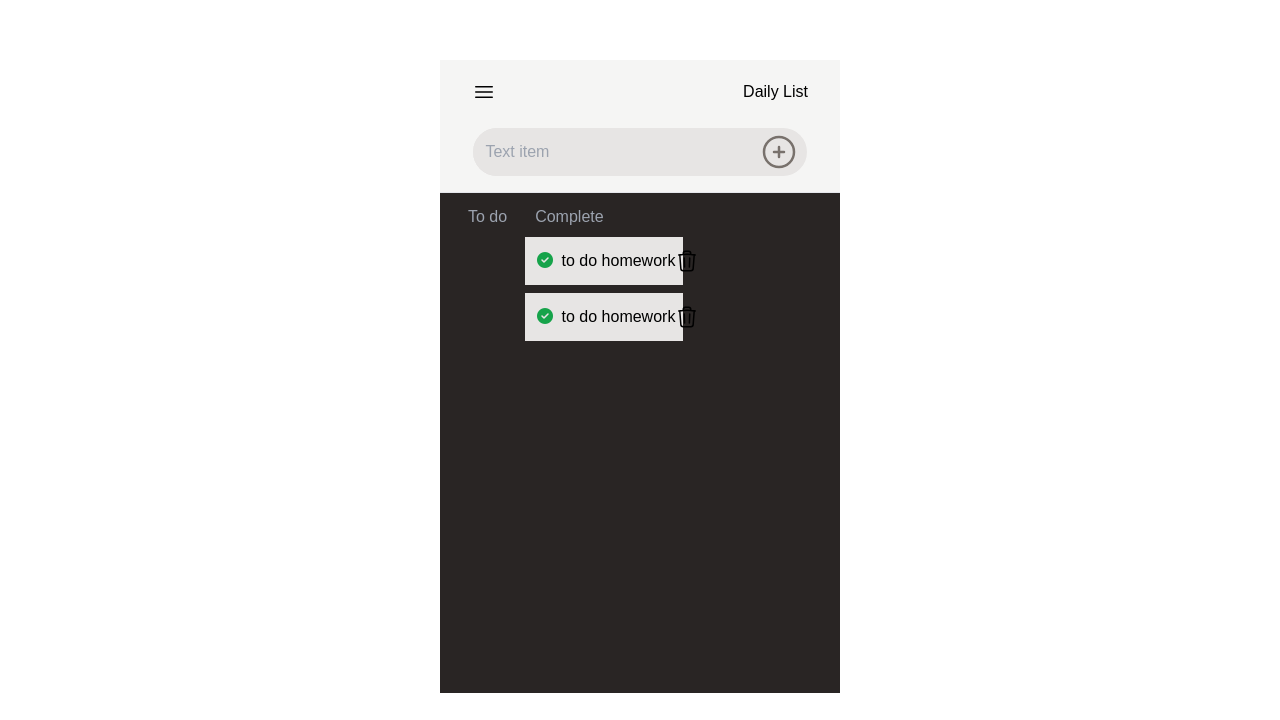
Repository: hsumyatm7308/TodolistbyPHP
Page: http://localhost/
The author's editor kept a copy of each file at every save. The page is drawn from the files as they stood at one save, then again after a run of saves.
The browser window is 1280 px wide. The pictures show the whole page.
Some web libraries are served in a nearby version. The page is run by PHP 8.4 with error messages shown; the project is at /var/www/html/. Queries for data that is not in the repository find no rows.

Above is the page before, as saved 2023-07-09 22:33:09.

### index.php
<!DOCTYPE html>
<html lang="en">

<head>
    <meta charset="UTF-8">
    <meta name="viewport" content="width=device-width, initial-scale=1.0">
    <title>To Do List</title>
    <link rel="stylesheet" href="https://cdnjs.cloudflare.com/ajax/libs/font-awesome/6.4.0/css/all.min.css">
    <script src="https://cdn.tailwindcss.com"></script>

    <style>
        * {
            font-family: sans-serif;
        }
    </style>

</head>

<body>
    <div class="w-screen h-screen container flex justify-center items-center">
        <div class="w-[400px] h-[600px] bg-stone-100">
            <!-- header nav  -->
            <div class="w-full h-14 flex justify-between items-center p-8">
                <div>
                    <svg xmlns="http://www.w3.org/2000/svg" fill="none" viewBox="0 0 24 24" stroke-width="1.5"
                        stroke="currentColor" class="w-6 h-6">
                        <path stroke-linecap="round" stroke-linejoin="round"
                            d="M3.75 6.75h16.5M3.75 12h16.5m-16.5 5.25h16.5" />
                    </svg>

                </div>
                <div>
                    <h4> Daily List</h4>
                </div>
            </div>

            <?php

            include("create.php");

            ?>

            <div class="w-full h-[500px] bg-stone-800 flex whitespace-nowrap  overflow-y-scroll scrollbar-hide">

                <?php

                include("updatetodo.php");
                include("complete.php");

                ?>
            </div>







        </div>
    </div>
</body>

</html>

### create.php
<?php
session_start();
ini_set('display_errors', 1);

require_once("database.php");

if ($_SERVER['REQUEST_METHOD'] === 'POST') {
    global $conn;

    $getdata = $_POST['textbox'];


    try {
        $stmt = $conn->prepare("INSERT INTO todolist (task) VALUES ( :task)");


        $task = $getdata;


        $stmt->bindParam(':task', $task);

        $stmt->execute();
    } catch (Exception $e) {
        echo "Error Found: " . $e->getMessage();
    }
}


?>





<!-- to do form  -->
<form action="" method="post" enctype="multipart/form-data">


    <div class="w-full h-auto flex justify-center items-center p-1">
        <div class="w-[85%] h-auto bg-stone-200 flex justify-between items-center rounded-3xl">
            <input type="text" name="textbox"
                class="w-[85%] bg-stone-200 rounded-tl-3xl rounded-bl-3xl p-3 focus:outline-none"
                placeholder="Text item">

            <button type="submit" name="submit" class="">
                <svg xmlns="http://www.w3.org/2000/svg" fill="none" viewBox="0 0 24 24" stroke-width="1.5"
                    stroke="currentColor" class="w-10 h-10 mr-2 text-stone-500 hover:text-stone-600">
                    <path stroke-linecap="round" stroke-linejoin="round"
                        d="M12 9v6m3-3H9m12 0a9 9 0 11-18 0 9 9 0 0118 0z" />
                </svg>
            </button>
        </div>

    </div>
    <hr class="mt-3">
</form>

### database.php
<?php

$dbhost = 'localhost';
$dbuser = 'root';
$dbpass = '';
$dbname = 'hmmdb';


try{

    $conn = new PDO("mysql:host=$dbhost;dbname=$dbname", $dbuser, $dbpass);
    $conn->setAttribute(PDO::ATTR_ERRMODE, PDO::ERRMODE_EXCEPTION);

    // echo "Connection successful";


}catch(Exception $e){
    "Error Found:".$e->getMessage();
}




?>

### updatetodo.php
<?php

// session_start();
ini_set('display_errors', 1);

require_once("database.php");
require_once("create.php");

try {

    global $conn;

    $stmt = $conn->prepare("SELECT id,task FROM todolist");
    $stmt->execute();



} catch (Exception $e) {
    "Found Error : " . $e->getMessage();
}

?>








<!-- update to do  -->
<form action="" method="post" class="mt-3" enctype="multipart/form-data">
    <h3 class="text-gray-400 ml-7 mb-1">To do</h3>


    <?php while ($row = $stmt->fetch()): ?>

        <div name="taskitems" class="w-full h-auto flex justify-center items-center p-1">


            <div class="w-[85%] h-auto bg-stone-200 flex justify-between items-center p-3">
                <span>
                    <i class="fa-regular fa-circle-check"></i>
                    <span class="ml-1">
                        <?php echo $row['task'] ?>
                    </span>
                </span>

                <div>
                    <svg xmlns="http://www.w3.org/2000/svg" fill="none" viewBox="0 0 24 24" stroke-width="1.5"
                        stroke="currentColor" class="w-6 h-6">
                        <path stroke-linecap="round" stroke-linejoin="round"
                            d="M16.862 4.487l1.687-1.688a1.875 1.875 0 112.652 2.652L10.582 16.07a4.5 4.5 0 01-1.897 1.13L6 18l.8-2.685a4.5 4.5 0 011.13-1.897l8.932-8.931zm0 0L19.5 7.125M18 14v4.75A2.25 2.25 0 0115.75 21H5.25A2.25 2.25 0 013 18.75V8.25A2.25 2.25 0 015.25 6H10" />
                    </svg>
                </div>
            </div>



        </div>

    <?php endwhile; ?>







</form>

### complete.php
      <!-- complete work -->
      <form action="" method="post" class="mt-3" enctype="multipart/form-data">
                <h3 class="text-gray-400 ml-7 mb-1">Complete</h3>

                <div class="w-full h-auto flex justify-center items-center p-1">


                    <div class="w-[85%] h-auto bg-stone-200 flex justify-between items-center p-3">

                        <span>
                            <i class="fa-solid fa-circle-check text-green-600"></i>
                            <span class="ml-1">to do homework</span>
                        </span>

                        <div>
                            <svg xmlns="http://www.w3.org/2000/svg" fill="none" viewBox="0 0 24 24" stroke-width="1.5"
                                stroke="currentColor" class="w-6 h-6">
                                <path stroke-linecap="round" stroke-linejoin="round"
                                    d="M14.74 9l-.346 9m-4.788 0L9.26 9m9.968-3.21c.342.052.682.107 1.022.166m-1.022-.165L18.16 19.673a2.25 2.25 0 01-2.244 2.077H8.084a2.25 2.25 0 01-2.244-2.077L4.772 5.79m14.456 0a48.108 48.108 0 00-3.478-.397m-12 .562c.34-.059.68-.114 1.022-.165m0 0a48.11 48.11 0 013.478-.397m7.5 0v-.916c0-1.18-.91-2.164-2.09-2.201a51.964 51.964 0 00-3.32 0c-1.18.037-2.09 1.022-2.09 2.201v.916m7.5 0a48.667 48.667 0 00-7.5 0" />
                            </svg>

                        </div>

                    </div>



                </div>

                <div class="w-full h-auto flex justify-center items-center p-1">

                    <div class="w-[85%] h-auto bg-stone-200 flex justify-between items-center p-3">

                        <span>
                            <i class="fa-solid fa-circle-check text-green-600"></i>
                            <span class="ml-1">to do homework</span>
                        </span>

                        <div>
                            <svg xmlns="http://www.w3.org/2000/svg" fill="none" viewBox="0 0 24 24" stroke-width="1.5"
                                stroke="currentColor" class="w-6 h-6">
                                <path stroke-linecap="round" stroke-linejoin="round"
                                    d="M14.74 9l-.346 9m-4.788 0L9.26 9m9.968-3.21c.342.052.682.107 1.022.166m-1.022-.165L18.16 19.673a2.25 2.25 0 01-2.244 2.077H8.084a2.25 2.25 0 01-2.244-2.077L4.772 5.79m14.456 0a48.108 48.108 0 00-3.478-.397m-12 .562c.34-.059.68-.114 1.022-.165m0 0a48.11 48.11 0 013.478-.397m7.5 0v-.916c0-1.18-.91-2.164-2.09-2.201a51.964 51.964 0 00-3.32 0c-1.18.037-2.09 1.022-2.09 2.201v.916m7.5 0a48.667 48.667 0 00-7.5 0" />
                            </svg>


                        </div>

                    </div>



                </div>
            </form>

After the next 2 saves:
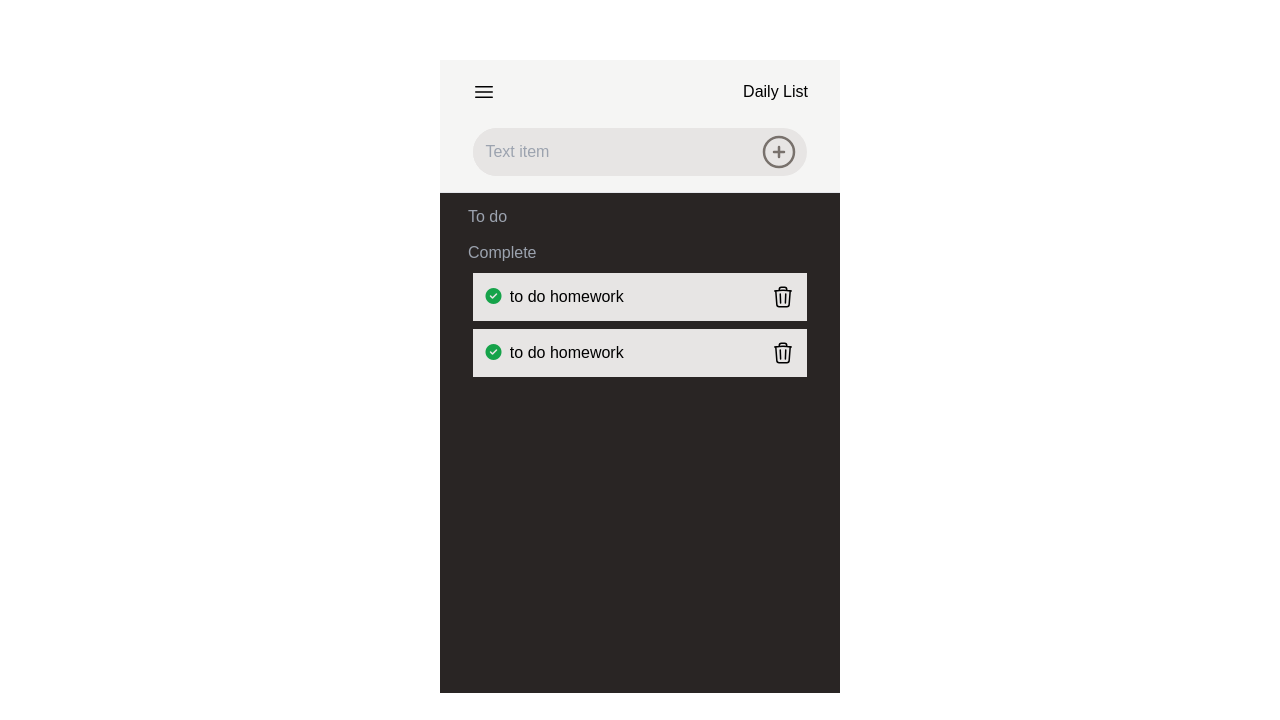
The 2 saves are shown as one change because they came seconds apart.
The last was saved 11 s later.
--- a/index.php
+++ b/index.php
@@ -40,7 +40,7 @@
 
             ?>
 
-            <div class="w-full h-[500px] bg-stone-800 flex whitespace-nowrap  overflow-y-scroll scrollbar-hide">
+            <div class="w-full h-[500px] bg-stone-800 overflow-y-scroll scrollbar-hide">
 
                 <?php
 
